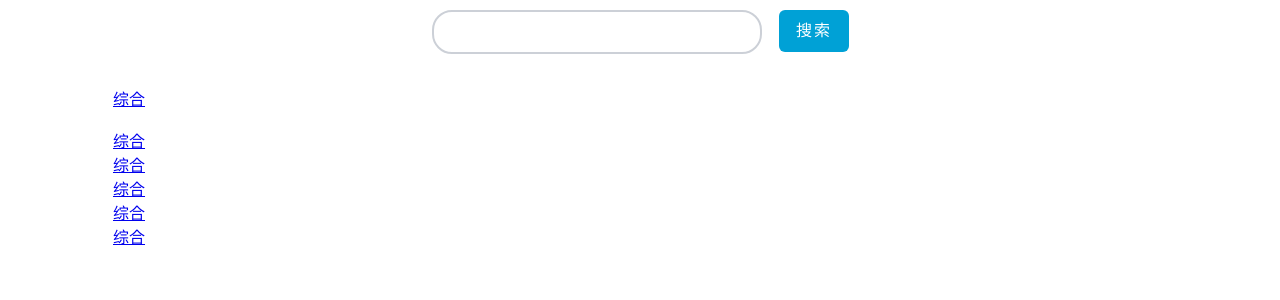
Repository: red-code-yl/web-project
Page: doc/food.html
An editor plug-in stored every save of this project. The page is shown before and after the next save, followed by the edit.
The browser window is 1280 px wide. The pictures show the whole page.

Above is the page before, as saved 2020-06-17 20:41:38.

### doc/food.html
<!DOCTYPE html>
<html lang="en">
<head>
    <meta charset="UTF-8">
    <meta name="viewport" content="width=device-width, initial-scale=1.0">
    <title>美食</title>
    <link  rel="stylesheet"   href="../css/food.css" />
</head>
<body>
    <div id="search" class="search">
        <div class="contain">
            <div class="head-contain">
                <div class="search-top">
                    <div class="search-block">
                        <div class="search-input">
                            <input id="search-keyword" type="text" maxlength="100" autocomplete="off">
                        </div>
                        <div class="search-button">
                            <span class="search-text">搜索</span>
                        </div>

                    </div>
                </div>
                <div class="navigator">
                    <div class="nav-1">
                        <div class="fenlei">
                            <ul class="fenlei-list">
                                <li class="fenlei-list-1" style="height: 56px;line-height: 56px;width: 11.11%;">
                                    <a href="#">综合</a>
                                    <span></span>
                                </li>
                                <li class="fenlei-list-1">
                                    <a href="#">综合</a>
                                    <span></span>
                                </li>
                                <li class="fenlei-list-1">
                                    <a href="#">综合</a>
                                </li>
                                <li class="fenlei-list-1">
                                    <a href="#">综合</a>
                                </li>
                                <li class="fenlei-list-1">
                                    <a href="#">综合</a>
                                </li>
                                <li class="fenlei-list-1">
                                    <a href="#">综合</a>
                                </li>
                            </ul>
                        </div>
                    </div>
                </div>
            </div>
            <div class="body-contain"></div>
        </div>
    </div>
</body>
</html>

### css/food.css
.contain{
    width: 980px;
    margin: 0 auto;
}
* {
    padding: 0;
    margin: 0;
}
div{
    display: block;
}
.head-contain{
    padding-top: 10px;
}
.search-top{
    width: 430px;
    margin-left: 282px;
}
.search-block{
    height: 44px;
    margin: 0 auto;
    position: relative;
    width: 587px;
}
.search-input{
    position: relative;
    background: #fff;
    border-radius: 4px;
    float: left;
    width: 330px;
    margin-right: 10px;
}
input{
    height: 18px;
    box-shadow: none;
    padding: 11px 15px;
    background: transparent;
    width: 296px;
    border: 2px solid #ccd0d7;
    border-radius: 20px;
    font-size: 16px;
    color: #222;
}
.search-button{
    margin-left: 7px;
    cursor: pointer;
    float: left;
    color: #fff;
    width: 70px;
    background-color: #00a1d6;
    font-size: 16px;
    letter-spacing: 2px;
    line-height: 42px;
    text-align: center;
    border-radius: 6px;
}
.navigator{
    overflow: hidden;
    margin-top: 18px;
    margin-left: -37px;
    margin-right: -9px;
    /*

}
.nav-1{
    margin-left: -37px;
    margin-right: -9px;
    overflow: hidden;
    position: relative;
}
.fenlei{
    position: relative;
    font-size: 0;
    z-index: 1;
    white-space: nowrap;
    flex-grow: 1;
}
.fenlei-list-1{
    border-bottom: 1px solid #ccd0d7;
    box-sizing: border-box;
    display: inline-block;
    text-align: center;
    font-size: 15px;
    color: #657786;
    vertical-align: middle;
    white-space: nowrap;
}
.li{
    margin: 0;
    padding: 0;
    list-style: none;
}

After the next save:
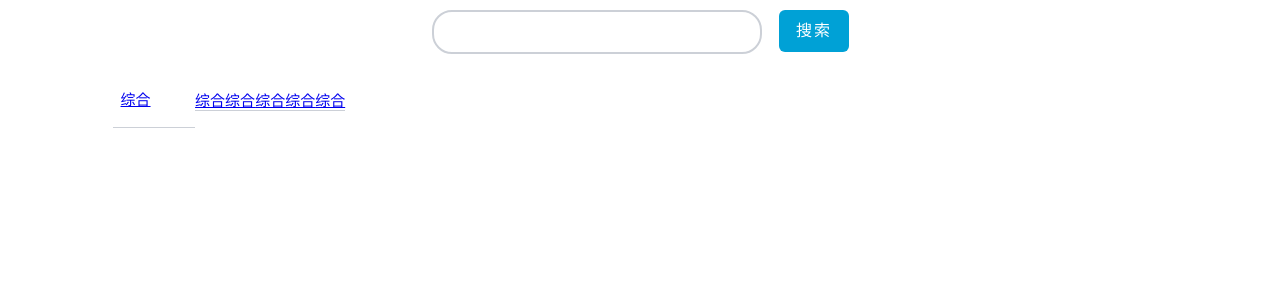
Saved 3 s later.
--- a/css/food.css
+++ b/css/food.css
@@ -59,7 +59,7 @@ input{
     margin-top: 18px;
     margin-left: -37px;
     margin-right: -9px;
-    /*
+
 
 }
 .nav-1{
